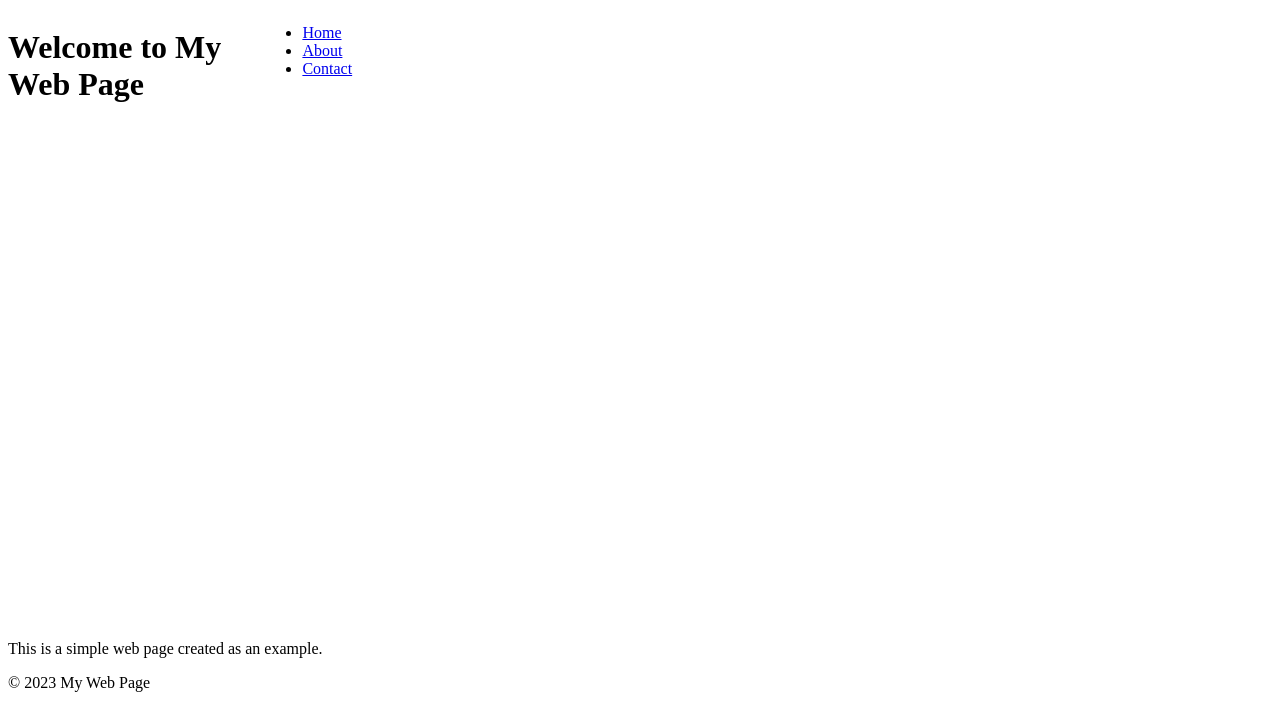
Repository: MariamSawera/eduNova
Page: index.html
The author's editor kept a copy of each file at every save. The page is drawn from the files as they stood at one save, then again after the next save.
The browser window is 1280 px wide. The pictures show the whole page.

Above is the page before, as saved 2025-07-21 12:34:50.

After the next save:
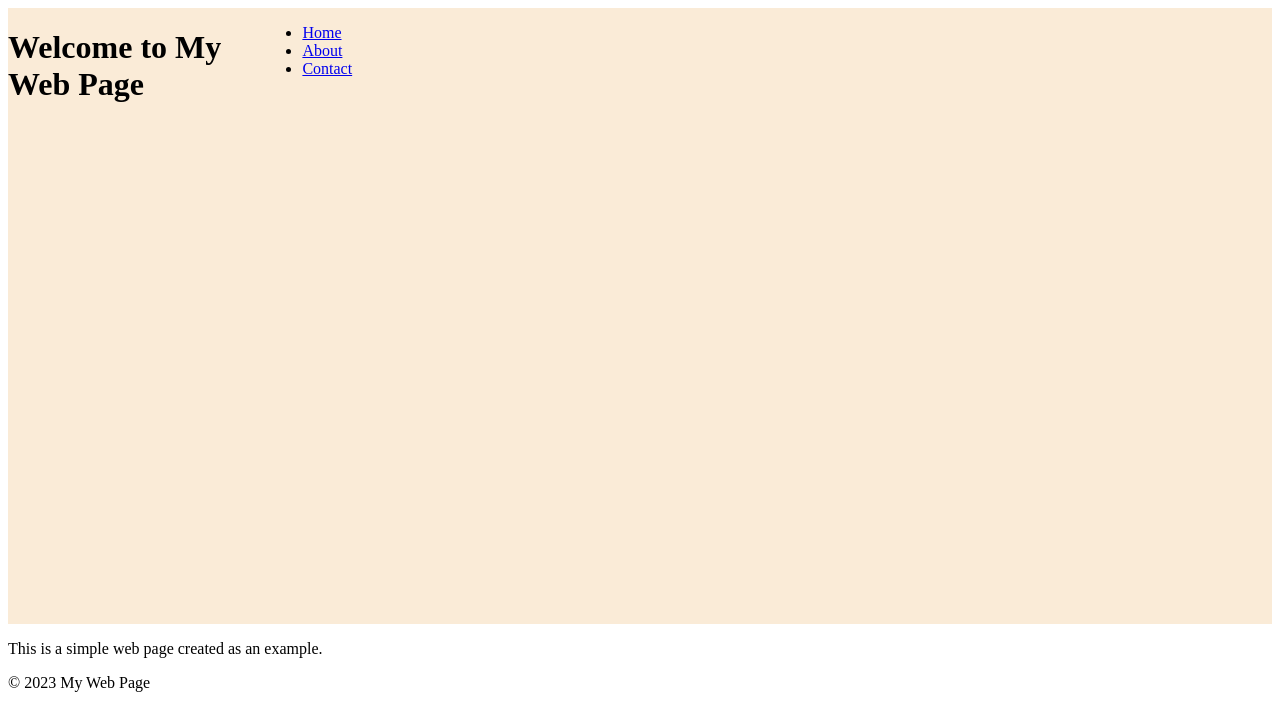
Saved 46 s later.
--- a/styles.css
+++ b/styles.css
@@ -4,30 +4,36 @@
     grid-template-columns: repeat(5, 1fr);
     grid-template-rows: repeat(5, 1fr);
     gap: 8px;
+    background-color: antiquewhite;
 }
 
 .div1 {
     grid-column: span 5 / span 5;
+    background-color: aqua;
 }
 
 .div2 {
     grid-column: span 5 / span 5;
     grid-row: span 2 / span 2;
     grid-row-start: 2;
+    background-color: lightblue;
 }
 
 .div4 {
     grid-column: span 4 / span 4;
     grid-row: span 2 / span 2;
     grid-row-start: 4;
+    background-color: lightgreen;
 }
 
 .div5 {
     grid-column-start: 5;
     grid-row-start: 5;
+    background-color: lightcoral;
 }
 
 .div6 {
     grid-column-start: 5;
     grid-row-start: 4;
+    background-color: lightyellow;
 }
